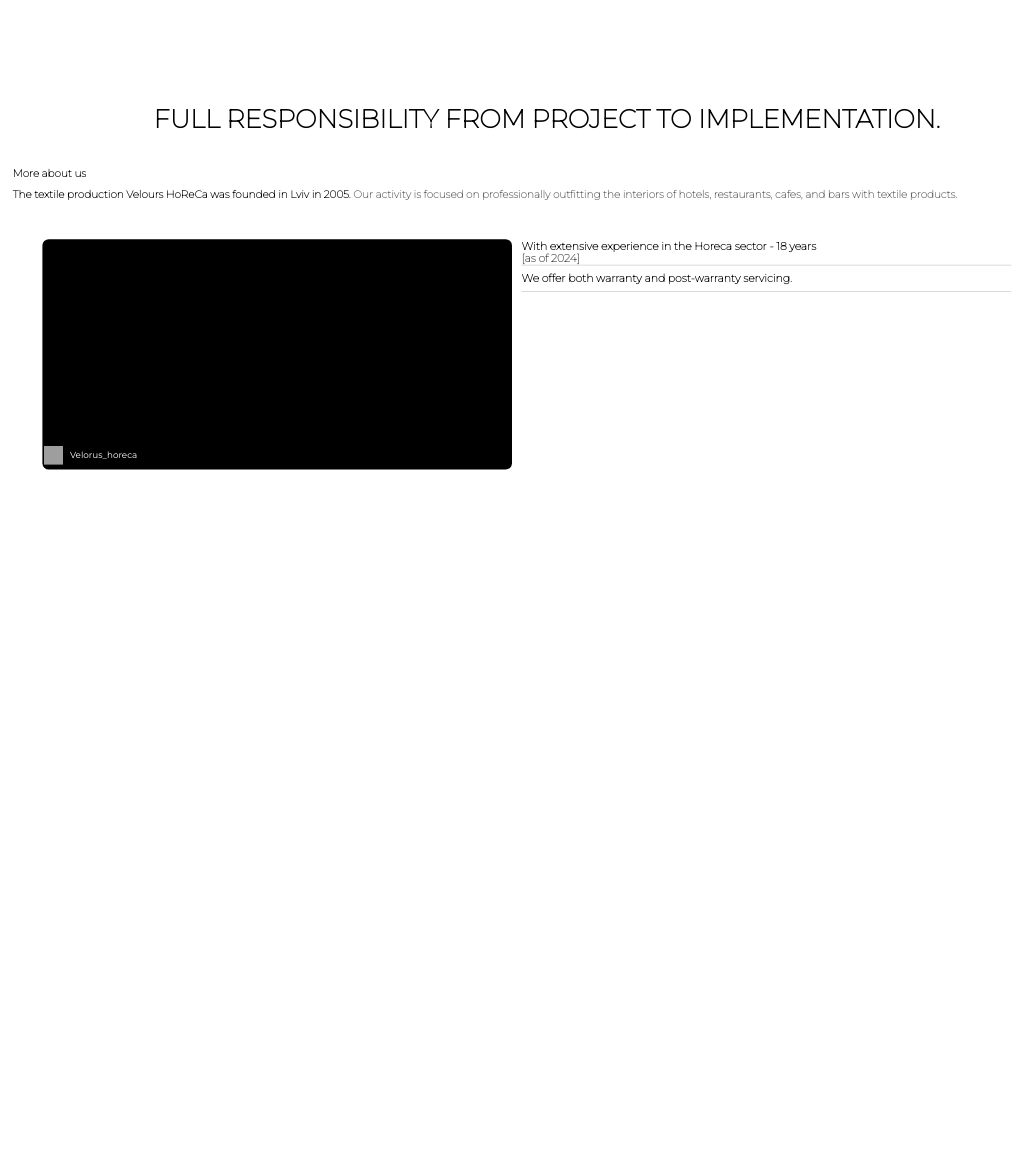
Repository: nikhilsinghrathore1/Shery_02
Page: /
The author's editor kept a copy of each file at every save. The page is drawn from the files as they stood at one save, then again after a run of saves.
The browser window is 1280 px wide. The pictures show the part of the page from y = 2880 to 4320 px (the page is 4320 px tall), at 80% of full size.
Pictures or frames that could not be fetched are drawn as grey boxes. The project was rebuilt for these pictures with package versions that can differ from the ones it lists, and the page was loaded fresh each time. Also part of the build but not shown: vite.config.js.

Above is the page before, as saved 2024-07-18 02:35:29.

### src/App.jsx
import { useState } from 'react'
import reactLogo from './assets/react.svg'
import viteLogo from '/vite.svg'
import './App.css'
import Landing from './pages/Landing'

function App() {
  const [count, setCount] = useState(0)

  return (
    <>
      <Landing/>
    </>
  )
}

export default App

### src/App.css
@font-face {
  font-family: font1;
  src: url("../public/6624dc4c3f39ffabcd0dc162_Montserrat-VariableFont_wght.ttf");
}
@font-face {
  font-family: font2;
  src: url("../public/CircularXXWeb-Book\ \(1\).ttf");
}
@font-face {
  font-family: font3;
  src: url("../public/JTUQjIg1_i6t8kCHKm459WxRyS7m0dR9pA.ttf");
}
@font-face {
  font-family: font4;
  src: url("../public/JTUSjIg1_i6t8kCHKm459WlhyyTh89Y.ttf");
}
@font-face {
  font-family: font5;
  src: url("../public/pxiEyp8kv8JHgFVrJJfecnFHGPc.ttf");
}

.f1{
  font-family: font1;
}
.f2{
  font-family: font2;
}
.f3{
  font-family: font3;
}
.f4{
  font-family: font4;
}
.f5{
  font-family: font5;
}

### src/pages/Landing.jsx
import React from 'react'
import Nav from '../components/Nav'
import SingleHero from '../components/SingleHero'
import VideoCont from '../components/VideoCont'

const Landing = () => {
  return (
    <div className='w-full overflow-hidden'>
               {/* this is the first image gallery part */}
               <div className='w-full h-[400vh] relative '>
               <Nav/>
               <SingleHero img={"https://cdn.prod.website-files.com/6613fb0aff6a7761bf9a817d/66267f01781250e3c4f8ed19_hero-01-p-1080.webp"} text={"hotel"}/>
               <SingleHero img={"https://cdn.prod.website-files.com/6613fb0aff6a7761bf9a817d/66267f00e43626f944ce0076_hero-02-p-1080.webp"} text={"restaurant"}/>
               <SingleHero img={"https://cdn.prod.website-files.com/6613fb0aff6a7761bf9a817d/66267f011d36d94902bbbcd3_hero-03-p-1080.webp"} text={"catering"}/>
               <SingleHero img={"https://cdn.prod.website-files.com/6613fb0aff6a7761bf9a817d/66267f0015a49ebd0cb05e50_hero-04-p-1080.webp"} text={"+automative"}/>
               </div>

               {/* this is the second text wala part  */}

               <div className='w-full  h-[200vh] px-4 pt-32 leading-[42px]'>
                              {/* this is the variable weight text */}
                              <div className='w-full f4 text-[32px] font-semibold text-black uppercase h-fit'>
                                             <p><span className='pl-44'>full</span> responsibility from project to implementation.</p>
                              </div>

                              <div className='f4 text-[13px] font-semibold mt-10 leading-none'>
                                             <p>More about us</p>
                                             <p className='mt-3 leading-[16px] font-semibold'>The textile production Velours HoReCa was founded in Lviv in 2005. <span className='opacity-60'>Our activity is focused on professionally outfitting the interiors of hotels, restaurants, cafes, and bars with textile products.</span></p>
                              </div>

                              <div className='w-full flex h-[50vh] mt-12 '>
                                             <div className='w-1/2 h-full flex justify-end'>
                                                            <VideoCont/>
                                             </div>
                                             <div className='w-1/2 h-full flex flex-col justify-between pl-3 f4 font-semibold'>

                                                            <div className='w-full leading-[16px]  pb-1 text-[13.5px]'>
                                                                           <p>With extensive experience in the Horeca sector - 18 years </p>
                                                                           <p className='opacity-70'>[as of 2024]</p>

                                                                           <div className='border-y-[1px] border-black/20 py-2'>
                                                                                          <p>We offer both warranty and post-warranty servicing.</p>
                                                                           </div>
                                                            </div>



                                             </div>
                              </div>
               </div>


    </div>
  )
}

export default Landing

### src/components/Nav.jsx
import React from 'react'

const Nav = () => {
  return (
    <div className='w-full h-[100vh]  fixed text-white flex flex-col justify-between z-40 top-0'>
        <div className=' flex items-center justify-center pt-7'>

               <div className='flex  flex-col items-center justify-center leading-[18px]'>
                              <h1 className='text-[24px] f1'>Velorus</h1>
                              <h2 className='text-[10px] f1 '>HoReCa</h2>
               </div>
        </div>

        {/* this is the menu bar kinda thingy */}
        <div className='w-full h-[10vh]  px-3  '>

          <div className='w-full h-[65%] bg-black rounded-md flex justify-between px-[2px]'>
            <div className='w-[18%] h-full bg-white flex items-center justify-center overflow-hidden rounded-md'>
              <img className='w-[90%] h-[90%] object-cover' src="https://cdn.prod.website-files.com/6613fb0aff6a7761bf9a817d/6624b9bbba2e8daa37ae2e54_download-img-02.webp" alt="not showing" />
            </div>

            <div className='w-[57%] h-full text-[13px] text-white leading-[16px] f2 flex items-center justify-center'>
              <p>Download our Brochour on services in the HoReCa industry</p>
            </div>


            <div className='w-[15%] h-full bg-white flex items-center justify-center overflow-hidden rounded-md'>
              <img className='w-[80%] h-[80%] object-cover' src="https://cdn.prod.website-files.com/6613fb0aff6a7761bf9a817d/6624bdfbd80898e1c3060de1_download-icon.webp" alt="not showing" />
            </div>
          </div>





        </div>

    </div>
  )
}

export default Nav

### src/components/SingleHero.jsx
import React from 'react'

const SingleHero = ({img , text}) => {
  return (
    <div className='w-full h-[100vh] relative'>
               <div className='absolute bg-black/10 flex items-center justify-center w-full h-full top-0'>
                              <h1 className='uppercase text-[44px] f4 font-bold tracking-wider text-white'>{text}</h1>
               </div>
               <img className='w-full h-full object-cover' src={img} alt="not showing" />
    </div>
  )
}

export default SingleHero

### src/components/VideoCont.jsx
import React from 'react'

const VideoCont = () => {
  return (
    <div className='w-[94%] h-[80%] bg-black rounded-lg pt-[3px] px-[2px] '>
               <div className='w-full h-[87%] overflow-hidden rounded-lg'>
                              <video autoPlay muted loop className='w-full h-full object-cover' src="https://s3.amazonaws.com/webflow-prod-assets/6613fb0aff6a7761bf9a817d/663bcfe77765a0f1702b036f_insta-3.mp4"></video>
               </div>
               <div className='w-full text-white text-[11px] f1 h-[13%] pt-1 flex items-center pb-[2px] gap-2'>
                              <img className='w-[24px] h-[24px] object-cover' src="https://cdn.prod.website-files.com/6613fb0aff6a7761bf9a817d/663bcbd3012e5e6821be914c_logo-horeca.png" alt="not showing" />
                              <p>Velorus_horeca</p>
               </div>
    </div>
  )
}

export default VideoCont

Loaded but not shown: index.html (common file); src/main.jsx (common file); src/index.css (common file); tailwind.config.js (common file)

After the next 2 saves:
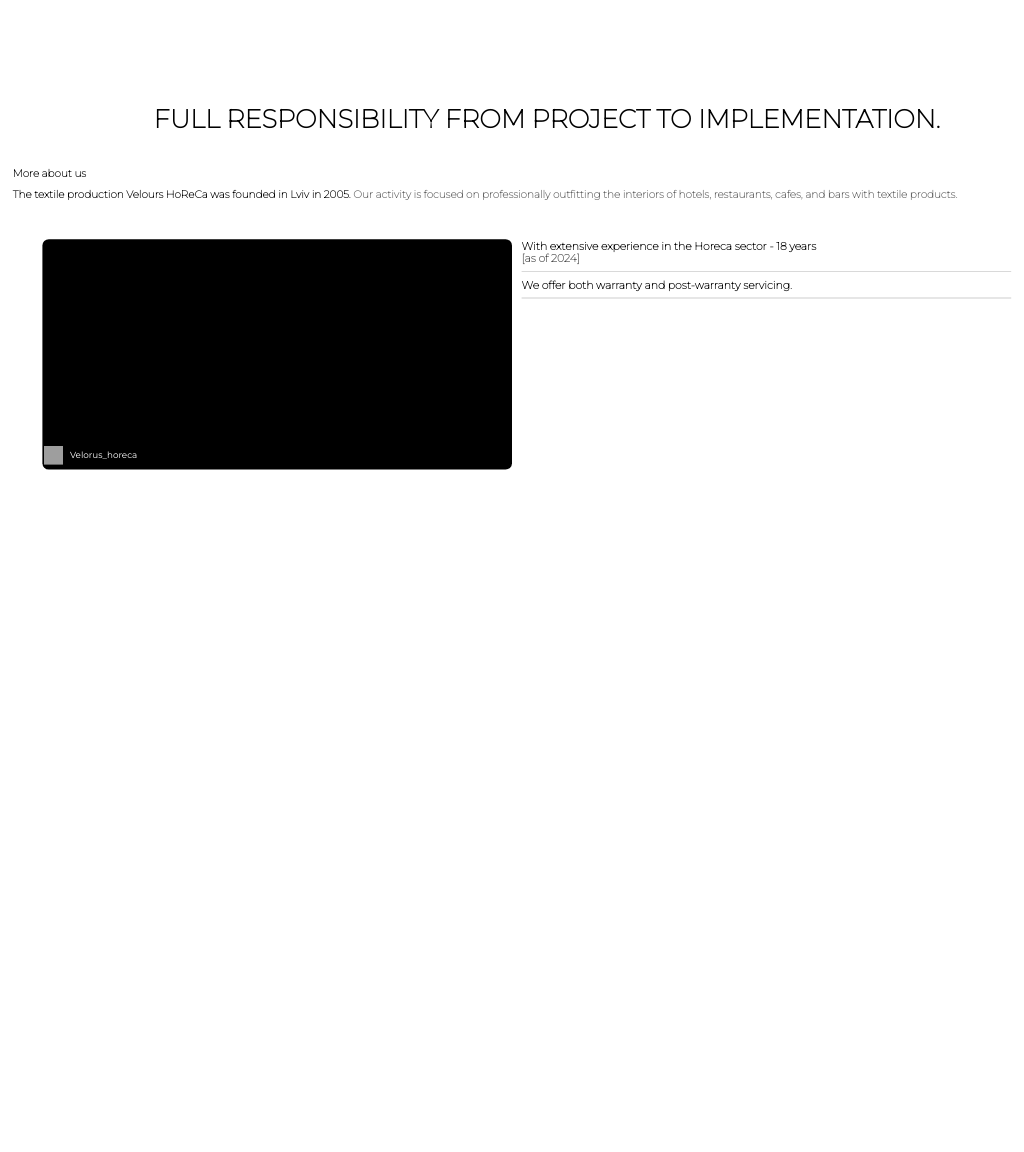
The 2 saves are shown as one change because they came seconds apart.
The last was saved 12 s later.
--- a/src/pages/Landing.jsx
+++ b/src/pages/Landing.jsx
@@ -38,7 +38,7 @@ const Landing = () => {
                                                                            <p>With extensive experience in the Horeca sector - 18 years </p>
                                                                            <p className='opacity-70'>[as of 2024]</p>
 
-                                                                           <div className='border-y-[1px] border-black/20 py-2'>
+                                                                           <div className='border-y-[1px] border-black/20 py-2 mt-2'>
                                                                                           <p>We offer both warranty and post-warranty servicing.</p>
                                                                            </div>
                                                             </div>
